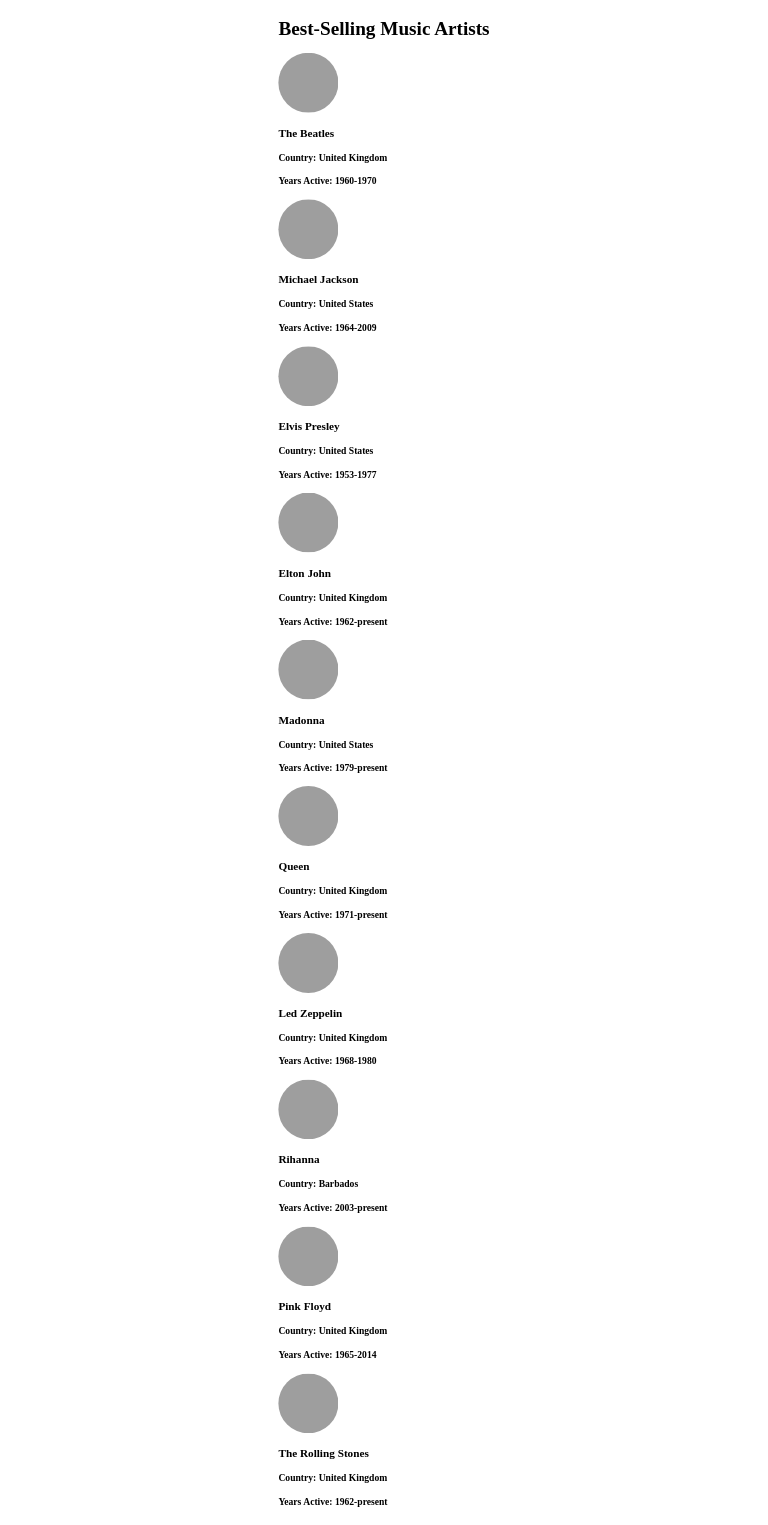
Repository: SamanthaYan298/my_artists
Page: /
An editor plug-in stored every save of this project. The page is shown before and after the next save, followed by the edit.
The browser window is 1280 px wide. The pictures show the whole page, at 60% of full size.
Pictures or frames that could not be fetched are drawn as grey boxes. The project was rebuilt for these pictures with package versions that can differ from the ones it lists, and the page was loaded fresh each time. Also part of the build but not shown: vite.config.js.

Above is the page before, as saved 2024-09-16 18:10:41.

After the next save:
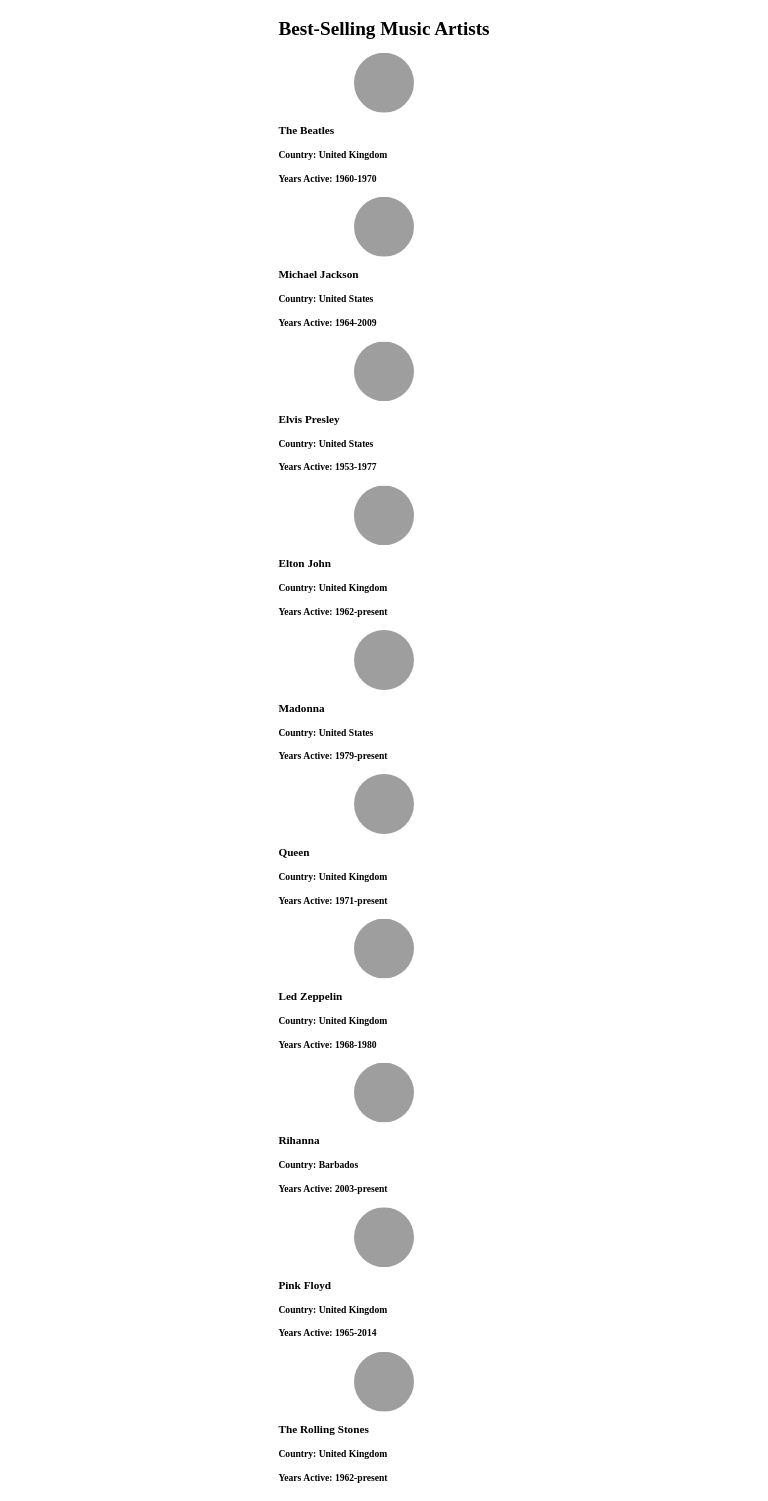
Saved 29 s later.
--- a/src/index.css
+++ b/src/index.css
@@ -3,3 +3,9 @@
     flex-direction: row;
     justify-content: center;
 }
+
+.photos {
+    display: flex;
+    flex-direction: row;
+    justify-content: center;
+}
